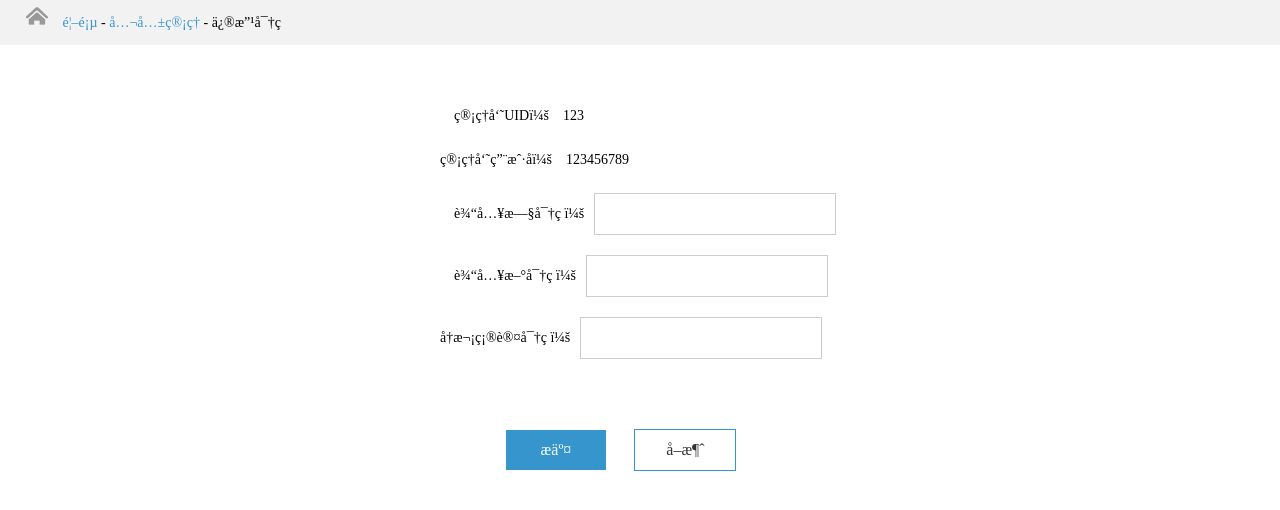
Repository: liaojingrui01/CarRepair
Page: http://localhost/CarWebPro/backstage/changepwd.jsp
An editor plug-in stored every save of this project. The page is shown before and after the next save, followed by the edit.
The browser window is 1280 px wide. The pictures show the whole page.
The page is served by Tomcat 9. Other server files are loaded and not shown.

Above is the page before, as saved 2019-07-04 02:07:48.

### CarWebPro/WebContent/backstage/changepwd.jsp
<!DOCTYPE html PUBLIC "-//W3C//DTD XHTML 1.0 Transitional//EN" "http://www.w3.org/TR/xhtml1/DTD/xhtml1-transitional.dtd">
<html xmlns="http://www.w3.org/1999/xhtml">
<head>
<meta http-equiv="Content-Type" content="text/html; charset=utf-8" />
<title>修改密码-有点</title>
<link rel="stylesheet" type="text/css" href="css/css.css" />
<script type="text/javascript" src="js/jquery.min.js"></script>
</head>
<body>
	<div id="pageAll">
		<div class="pageTop">
			<div class="page">
				<img src="img/coin02.png" /><span><a href="#">首页</a>&nbsp;-&nbsp;<a
					href="#">公共管理</a>&nbsp;-</span>&nbsp;修改密码
			</div>
		</div>
		<div class="page ">
			<!-- 修改密码页面样式 -->
			<div class="bacen">
				<div class="bbD">
					&nbsp;&nbsp;&nbsp;&nbsp;管理员UID：&nbsp;&nbsp;&nbsp;&nbsp;123</div>
				<div class="bbD">管理员用户名：&nbsp;&nbsp;&nbsp;&nbsp;123456789</div>
				<div class="bbD">
					&nbsp;&nbsp;&nbsp;&nbsp;输入旧密码：<input type="password" class="input3"
						onblur="checkpwd1()" id="pwd1" /> <img class="imga"
						src="img/ok.png" /><img class="imgb" src="img/no.png" />
				</div>
				<div class="bbD">
					&nbsp;&nbsp;&nbsp;&nbsp;输入新密码：<input type="password" class="input3"
						onblur="checkpwd2()" id="pwd2" /> <img class="imga"
						src="img/ok.png" /><img class="imgb" src="img/no.png" />
				</div>
				<div class="bbD">
					再次确认密码：<input type="password" class="input3" onblur="checkpwd3()"
						id="pwd3" /> <img class="imga" src="img/ok.png" /><img
						class="imgb" src="img/no.png" />
				</div>
				<div class="bbD">
					<p class="bbDP">
						<button class="btn_ok btn_yes" href="#">提交</button>
						<a class="btn_ok btn_no" href="#">取消</a>
					</p>
				</div>
			</div>

			<!-- 修改密码页面样式end -->
		</div>
	</div>
</body>
<script type="text/javascript">
function checkpwd1(){
var user = document.getElementById('pwd1').value.trim();
 if (user.length >= 6 && user.length <= 12) {
  $("#pwd1").parent().find(".imga").show();
  $("#pwd1").parent().find(".imgb").hide();
 }else{
  $("#pwd1").parent().find(".imgb").show();
  $("#pwd1").parent().find(".imga").hide();
 };
}
function checkpwd2(){
var user = document.getElementById('pwd2').value.trim();
 if (user.length >= 6 && user.length <= 12) {
  $("#pwd2").parent().find(".imga").show();
  $("#pwd2").parent().find(".imgb").hide();
 }else{
  $("#pwd2").parent().find(".imgb").show();
  $("#pwd2").parent().find(".imga").hide();
 };
}
function checkpwd3(){
var user = document.getElementById('pwd3').value.trim();
var pwd = document.getElementById('pwd2').value.trim();
 if (user.length >= 6 && user.length <= 12 && user == pwd) {
  $("#pwd3").parent().find(".imga").show();
  $("#pwd3").parent().find(".imgb").hide();
 }else{
   $("#pwd3").parent().find(".imgb").show();
  $("#pwd3").parent().find(".imga").hide();
 };
}
</script>
</html>

### CarWebPro/WebContent/backstage/css/css.css
@charset "utf-8";

* {
	padding: 0;
	margin: 0;
	font-family: "Microsoft YaHei";
	font-size: 14px;
}
#hides{display: none;}
a {
	text-decoration: none;
}

li {
	list-style-type: none;
}

/*全局定义css*/
#pageAll {
	width: 100%;
	overflow: hidden;
}

#pageAll .page {
	width: 96%;
	margin: 0px auto;
}

.pageTop {
	width: 100%;
	height: 45px;
	line-height: 45px;
	background-color: #f2f2f2;
}

.pageTop span {
	margin-left: 15px;
}

.pageTop a {
	color: #3695cc;
}

/*表格和 分页公共CSS*/
table {
	border-collapse: collapse;
}

tr {

}

td {
	text-align: center;
	border: 1px solid #dcdbdb;
}

.tdColor {
	height: 40px;
	background-color: #f2f2f2;
	color: #438eb9;
}

.tdC {
	color: #333;
}

.paging {
	width: 100%;
	margin-top: 50px;
	margin-bottom: 90px;
	text-align: right;
}
/*表格和 分页公共CSS end*/

/*广告页面CSS*/
.banner {

}

.banner .add {
	width: 100%;
	height: 120px;
}

.addA {
	display: inline-block;
	width: 160px;
	height: 35px;
	background-color: #47a4e1;
	line-height: 35px;
	text-align: center;
	color: #fff;
	margin-top: 40px;
	margin-left: 40px;
	font-size: 16px;
}
.hbHides1{display: none;}
.banner .banShow {

}

.banner .banShow .bsImg {
	margin-top: 15px;
	margin-bottom: 15px;
	width: 185px;
	height: 90px;
	overflow: hidden;
	margin-left: 66px;
}

.banner .banShow .bsImg img {
	max-width: 100%;
	max-height: 100%;
}

.banner .banShow .bsA {
	color: #333;
}

.operation {
	margin-left: 5px;
	margin-right: 5px;
	cursor: pointer;
}

.banDel {
	width: 100%;
	height: 100%;
	background-color: rgba(0, 0, 0, 0.29);
	position: fixed;
	top: 0px;
	display: none;
}

.cutMoney {
	width: 100%;
	height: 100%;
	background-color: rgba(0, 0, 0, 0.29);
	position: fixed;
	top: 0px;
	display: none;
}

.delete {
	width: 460px;
	margin: auto;
	background-color: #fff;
	text-align: center;
	position: relative;
	top: 20%;
}

.delete .close {
	height: 30px;
	text-align: right;
}

.delete .close img {
	margin-right: 5px;
	margin-top: 5px;
	cursor: pointer;
}

.banDel .delete .delP1 {
	margin-top: 40px;
	font-size: 20px;
}

.banDel .delete .delP2 {

}

.banDel .delete .delP2 .ok {
	display: inline-block;
	width: 100px;
	height: 40px;
	line-height: 40px;
	background-color: #3695cc;
	color: #fff;
	margin-top: 65px;
	margin-left: 25px;
	margin-right: 25px;
	font-size: 16px;
	cursor: pointer;
	margin-bottom: 65px;
}

.banDel .delete .delP2 .yes {
	color: #333;
	background-color: #fff;
	border: 1px solid #3695cc;
}

.banDel .delete .delP2 .no {

}
/*广告页面CSS end*/

/*广告上传编辑页面CSS*/
.bor {
	border: 1px solid #ccc;
}

.banneradd {
	margin-bottom: 160px;
	margin-top: 10px;
}

.baTopNo {
	width: 100%;
	border: none;
}

.baTopNo span {
	height: 50px;
	line-height: 50px;
	margin-left: 40px;
	font-size: 18px;
	color: #438eb9;
}

.baTop {
	width: 100%;
	border-bottom: 1px solid #ccc;
}

.baTop span {
	height: 50px;
	line-height: 50px;
	margin-left: 40px;
	font-size: 18px;
	color: #438eb9;
}

.baBody {
	margin-top: 20px;
	margin-left: 90px;
}

.bbD {
	margin-top: 20px;
}

.bbD .bbDP {

}

.bbD .bbDP .btn_ok {
	display: inline-block;
	width: 100px;
	height: 40px;
	line-height: 40px;
	background-color: #3695cc;
	color: #fff;
	margin-top: 50px;
	margin-right: 25px;
	font-size: 16px;
	cursor: pointer;
	text-align: center;
	margin-bottom: 160px;
	border: none;
}

.bbD .bbDP .btn_no {
	color: #333;
	background-color: #fff;
	border: 1px solid #3695cc;
}

.bbD .bbDP .btn_yes {
	margin-left: 66px;
}

.bbD .bbDd {
	width: 280px;
	height: 210px;
}
.bbD .selCss{
	width: 300px;
    height: 40px;
    border: 1px solid #ccc;
    text-indent: 15px;
}

.bbD .input1 {
	width: 300px;
	height: 40px;
	border: 1px solid #ccc;
	text-indent: 15px;
}

.bbD .input2 {
	width: 100px;
	height: 40px;
	border: 1px solid #ccc;
}

.bbD .input3 {
	width: 240px;
	height: 40px;
	border: 1px solid #ccc;
	text-indent: 15px;
	margin-left: 10px;
}
.bbD .UPimgD{width: 155px;height: 175px;position: relative;left: 83px;top: -20px;}
.bbD .UPimgD img.img{width: 100%;}
.bbD .UPimgD .FileD{width: 155px;height: 175px;overflow: hidden;position: absolute;top: 0px;}
.bbD .UPimgD .FileD .addFile{width: 100%;height: 100%;opacity: 0;filter: Alpha(Opacity=0);}
.bbD .bbDImg {
	width: 160px;
	height: 180px;
	background-color: #c6c6c6;
	text-align: center;
	line-height: 180px;
	font-size: 55px;
	color: #fff;
	margin-left: 72px;
	margin-top: -16px;
}

.bbD .bbDImg .Img1 {
	width: 160px;
	height: 180px;
	margin-top: -180px;
}

.bbD .file {
	width: 160px;
	height: 180px;
	position: relative;
	top: -180px;
	left: 45px;
	opacity: 0;
	filter: alpha(opacity = 0);
}

.bbD .bbDDel {
	float: right;
	margin-top: -20px;
	color: #ff0000;
}

.bbD label {
	margin-left: 15px;
	margin-right: 15px;
}

/*广告上传编辑页面CSS*/

/*意见管理页面CSS*/
.opinion {

}

.opinion .opShow {
	margin-top: 40px;
	margin-bottom: 95px;
}
/*意见管理页面CSS end*/

/*行家管理页面CSS*/
.connoisseur {

}

.conShow {
	margin-top: 30px;
}

.onsImg {
	width: 75px;
	height: 75px;
	margin-top: 25px;
	margin-left: 46px;
	overflow: hidden;
	margin-bottom: 25px;
}

.onsImg img {
	max-width: 100%;
	max-height: 100%;
}

.cfD {
	margin-top: 15px;
}

.cfD select {
	width: 200px;
	height: 30px;
	border: 1px solid #ccc;
	margin-left: 15px;
	margin-right: 45px;
	color: #999;
	text-indent: 15px;
}

.cfD .bselect {
	width: 140px;
}

.cfD label {
	margin-left: 20px;
}

.cfD .lar {
	margin-right: 45px;
}

.cfD .addUser {
	width: 220px;
	height: 30px;
	border: 1px solid #ccc;
	text-indent: 15px;
}

.cfD .button {
	margin-left: 10px;
	width: 135px;
	height: 30px;
	border: none;
	font-size: 16px;
	color: #fff;
	background-color: #47a4e1;
}

.cfD .addA1 {
	margin-top: 10px;
	margin-left: 120px;
}
/*行家管理页面CSS end*/

/*会员管理页面CSS*/
.vip {

}

.cfD .vpr {
	margin-right: 45px;
}

.cfD .vinput {
	width: 150px;
	height: 30px;
	border: 1px solid #ccc;
	text-indent: 15px;
}

.cfD .addA2 {
	margin-left: 30px;
}

.onsImgv {
	margin-left: 90px;
	margin-top: 25px;
}

.vip .vipinput {
	width: 55px;
	height: 25px;
	border: 1px solid #ccc;
	margin: 0px 10px;
}

.vip .vsAdd {
	display: inline-block;
	width: 50px;
	height: 25px;
	background-color: #2a9cdd;
	line-height: 25px;
	color: #fff;
	cursor: pointer;
	text-align: center;
}

.vip .vsAdd2 {
	background-color: white;
	color: #2a9cdd;
	border: 1px solid #2a9cdd;
	height: 23px;
	line-height: 23px;
	margin-left: 10px;
}

.bbD .vipHead {
	width: 75px;
	height: 75px;
	overflow: hidden;
	margin-top: -15px;
	margin-left: 82px;
}

.bbD .vipHead img {
	max-width: 100%;
	max-height: 100%;
}

.bbD .vipHead .vipP {
	position: relative;
	top: -17px;
	width: 100%;
	height: 15px;
	background-color: rgba(0, 0, 0, 0.25);
	color: #fff;
	text-align: center;
}

.bbD .vipHead .file1 {
	position: relative;
	top: -32px;
	width: 100%;
	height: 15px;
	background-color: rgba(0, 0, 0, 0.25);
	color: #fff;
	text-align: center;
	opacity: 0;
	filter: alpha(opacity = 0);
}

.bbD .vipHead1 {
	width: 75px;
	height: 75px;
	overflow: hidden;
	margin-top: -15px;
	margin-left: 105px;
}
.bbD .ptH{height: 40px;}

.bbD .btext2 {
	margin-top: -15px;
	margin-left: 105px;
}

.bbD .text2 {
	max-width: 670px;
	min-width: 670px;
	max-height: 120px;
	min-height: 120px;
	color: #333;
	text-indent: 15px;
}

.bbD .btext {
	margin-top: -15px;
	margin-left: 82px;
}
.bbD .text5{width: 540px;height: 110px;}

.bbD .bsp2{
    position: relative;
    top: -90px;
}
.bbD .bewm{
	width: 240px;
    height: 240px;
    border: 3px solid #807e7e;
    position: relative;
    top: -10px;
    left: 85px;
}

.bbD .bewm img{
	max-width: 100%;
}

.bbD .btext .text1 {
	max-width: 670px;
	min-width: 670px;
	max-height: 240px;
	min-height: 240px;
	color: #333;
	text-indent: 15px;
}

/*会员管理页面CSS end*/
.cfD .timeInput {
	width: 170px;
	height: 30px;
	border: 1px solid #ccc;
	text-indent: 15px;
}

/*话题管理页面CSS*/
.topic {

}

.topicP {
	margin-top: -5px;
	margin-bottom: 15px;
}

.topic .topicP .topicImg {
	margin-left: 10px;
}
/*话题管理页面CSS end*/

/*心愿管理页面 、约见管理页面CSS*/
.wishShow {
	margin-top: 30px;
}

.wishShow .wishImgv {
	margin-left: 60px;
}

.onsInmA {
	margin-left: 100px;
}

.tpapA {
	color: #333;
}

#inputSTWish {
	width: 100px;
}
/*心愿管理页面CSS、、约见管理页面CSS end*/
.cfD .userinput {
	width: 220px;
	height: 40px;
	border: 1px solid #ccc;
	text-indent: 15px;
	color: #999;
}

.cfD .userbtn {
	margin-left: 60px;
	width: 135px;
	height: 40px;
	border: none;
	font-size: 16px;
	color: #fff;
	background-color: #47a4e1;
}

/*修改密码*/
.bacen {
	margin: auto;
	width: 400px;
	margin-top: 60px;
}

.imga {
	display: none;
}

.imgb {
	display: none;
}

/*新增加弹出框样式    增加金额和减少金额   hy*/
/*.addMoney{}
.addMoney .addDivs{}
.addMoney .addDivs .addDimg{}
.addMoney .addDivs .addDimg{}*/
.addDivs .addDimg img.user {
	width: 100px;
	margin-top: 50px;
}

.addDivs .addDName {
	font-size: 16px;
	margin-top: 15px;
	color: #333;
}

.addDivs .addDps {
	margin-top: 20px;
	color: #666;
}

.addDivs .addDps input {
	height: 30px;
	border: 1px solid #ccc;
	text-indent: 10px;
}

.addDivs .addDps .come1 {
	width: 155px;
	height: 30px;
	margin-left: -5px;
	border: 1px solid #ccc;
	text-indent: 10px;
	color: #666;
}

.addDivs .addDps .come2 {
	width: 155px;
	height: 30px;
	margin-left: -5px;
	border: 1px solid #ccc;
	text-indent: 10px;
	color: #666;
}

.addDivs .addDps .area {
	border: 1px solid #ccc;
	text-indent: 10px;
	margin-left: 4px;
	width: 155px;
	min-width: 155px;
	max-width: 155px;
	height: 60px;
	min-height: 60px;
	max-height: 60px;
}

.addDivs .addDps .spanVIPs {
	position: relative;
	top: -44px;
	left: 5px;
}

.banDel .delete .delP2 .moneyAdd1 {
	background-color: #3695cc;
	color: white;
}

.banDel .delete .delP2 .moneyAdd2 {
	background-color: white;
	color: #3695cc;
	border: 1px solid #3695cc;
	height: 38px;
	line-height: 40px;
}

/*新样式修复***添加话题*/
.addHTs {
	display: inline-block;
	width: 40px;
	height: 18px;
	line-height: 18px;
	background-color: #47a4e1;
	color: white;
	padding: 4px;
	position: relative;
	top: -5px;
}


/*11.25   新地址选择页面CSS   公共样式   hy*/
.ctAlert{display: none;width: 100%;height: 100%;position: fixed;top: 0px;background-color: rgba(0, 0, 0, 0.4);}
.citys{width: 90%;margin: 0px auto;background-color: white;  margin-top: 50px;padding-bottom: 20px;}
.citys .getCtys{min-height: 50px;padding-top: 50px;padding-left: 40px;float: left;font-size: 16px;  color: #666;  width: 80%;}
.citys .closeCys{min-height: 50px;float: right;width: 120px;height: 40px;background-color: #3695cc;line-height: 50px;text-align: center;position:relative;top: 50px;right: 100px;color: white;font-size: 16px;cursor: pointer;}
.citys .cityDiv{clear: both;width: 90%;margin: 0px auto;  margin-bottom: 30px;}
.citys .cityDiv .cts{display: inline-block;width: 20px;height: 20px;font-size: 18px;color: #3695cc;}
.citys .cityDiv .ctn{display: inline-block;font-size: 16px;padding-left: 5px;padding-right: 5px;padding-bottom: 3px;cursor: pointer;color: #666;}
.citys .cityDiv .ctn:hover{color: white;background-color:#3695cc;}
/*添加进来的DIV*/
.citys .getCtys .ctn{display: inline-block;padding-left: 5px;padding-right: 5px;color: #3695cc;font-size: 16px;cursor: pointer;}
/*11.25   新地址选择页面CSS   公共样式   hy    end  */

Loaded but not shown: CarWebPro/WebContent/backstage/js/jquery.min.js (library)

After the next save:
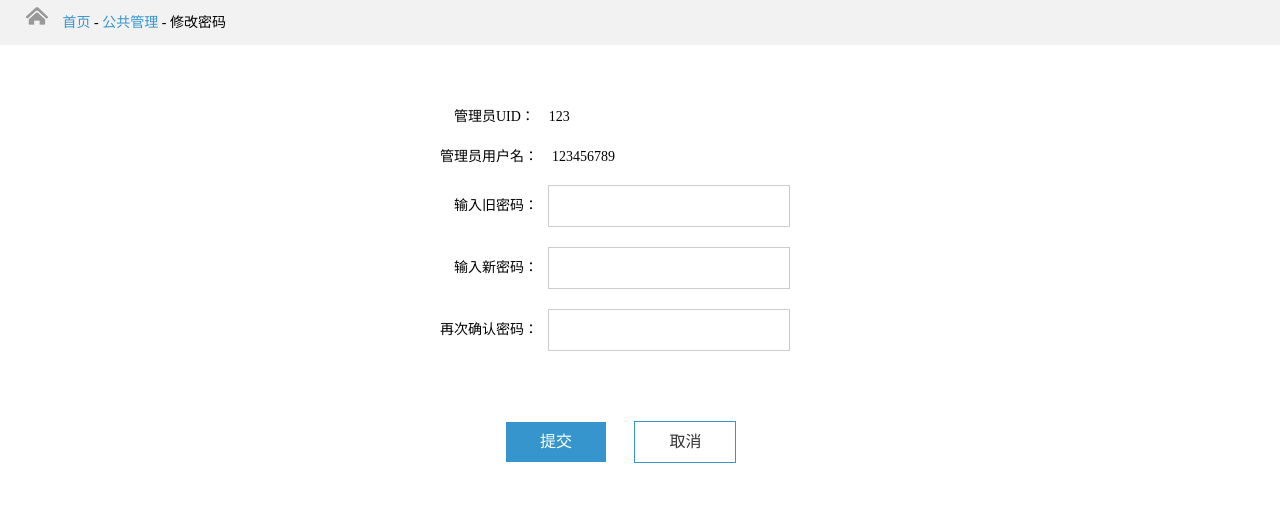
Saved 21 s later.
--- a/CarWebPro/WebContent/backstage/changepwd.jsp
+++ b/CarWebPro/WebContent/backstage/changepwd.jsp
@@ -1,3 +1,7 @@
+<%@ page language="java" contentType="text/html; charset=utf-8"
+    pageEncoding="utf-8"%>
+   <%@ taglib uri="http://java.sun.com/jsp/jstl/core" prefix="c"%>
+
 <!DOCTYPE html PUBLIC "-//W3C//DTD XHTML 1.0 Transitional//EN" "http://www.w3.org/TR/xhtml1/DTD/xhtml1-transitional.dtd">
 <html xmlns="http://www.w3.org/1999/xhtml">
 <head>
